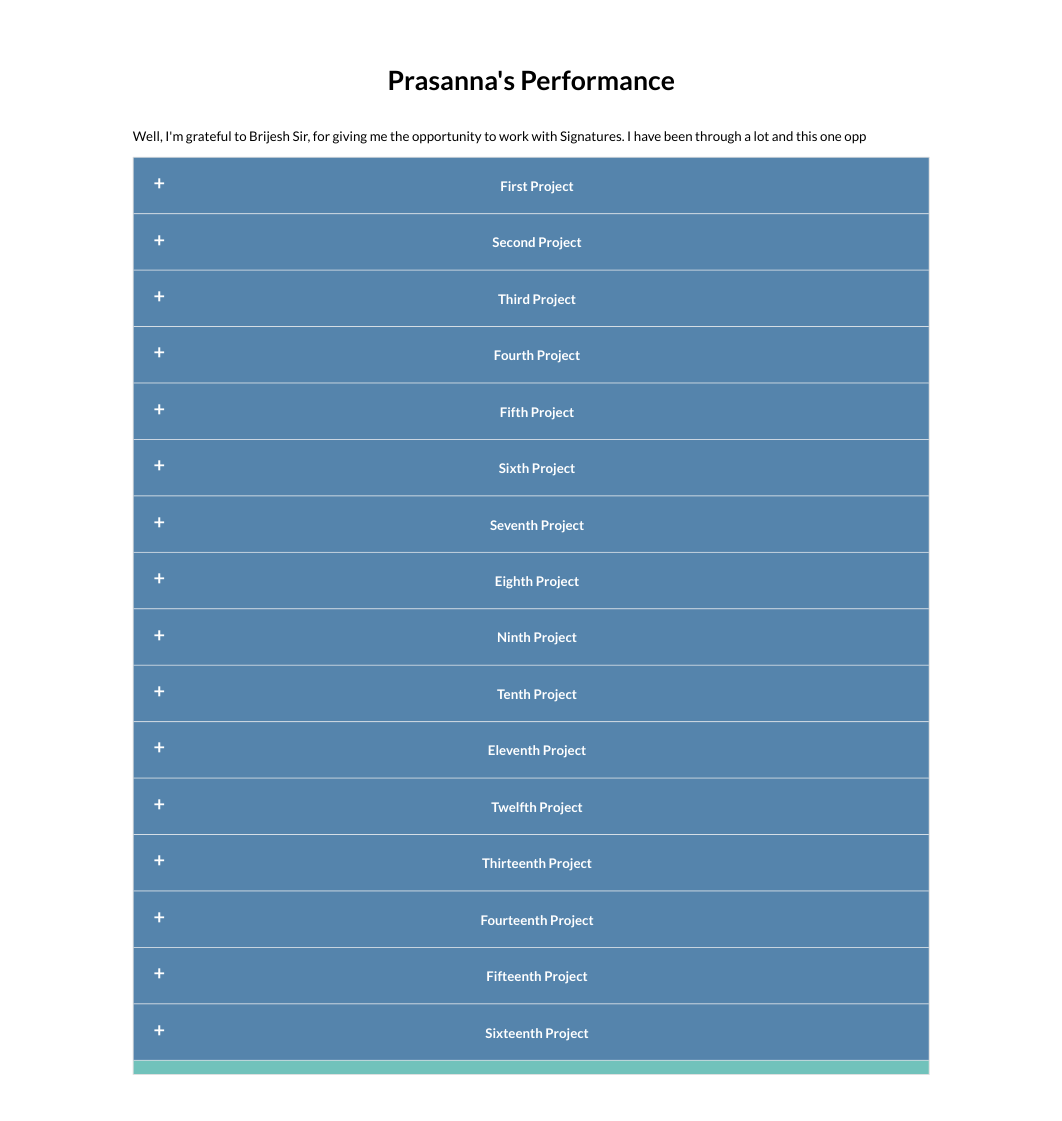
Repository: Imprasna/personalperform
Page: index.html
The author's editor kept a copy of each file at every save. The page is drawn from the files as they stood at one save, then again after a run of saves.
The browser window is 1280 px wide. The pictures show the whole page, at 83% of full size.
The style sheet was rebuilt from its Sass, Less or Tailwind sources for each picture, by a compiler version that may differ from the author's.

Above is the page before, as saved 2021-12-30 22:51:40.

After the next 2 saves:
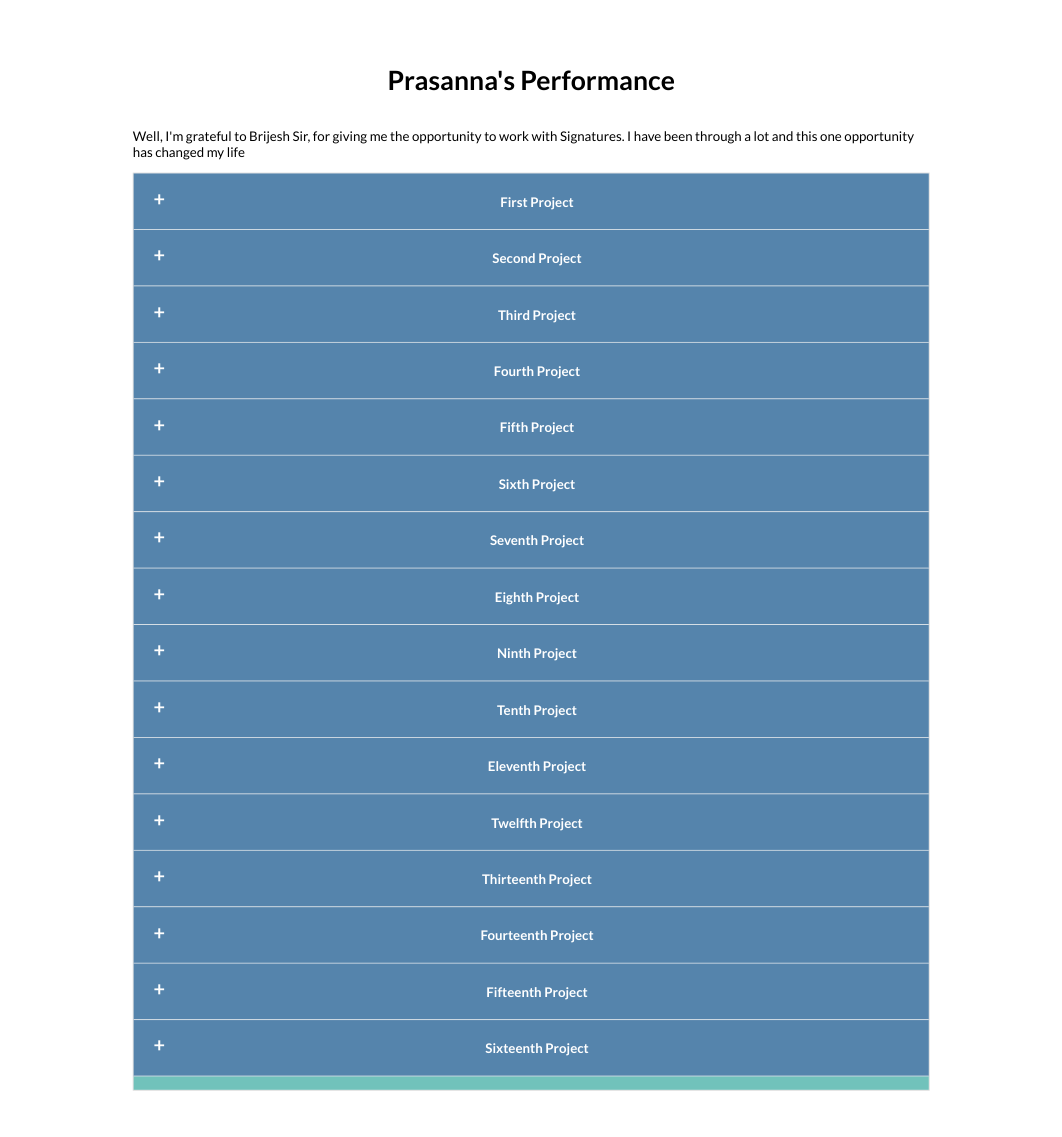
The 2 saves are shown as one change because they came seconds apart.
The last was saved 8 s later.
--- a/index.html
+++ b/index.html
@@ -12,7 +12,7 @@
 <body>
     <div class="container">
         <h1 class="heading-primary">Prasanna's Performance</h1>
-        <p>Well, I'm grateful to Brijesh Sir, for giving me the opportunity to work with Signatures. I have been through a lot and this one opp</p>
+        <p>Well, I'm grateful to Brijesh Sir, for giving me the opportunity to work with Signatures. I have been through a lot and this one opportunity has changed my life </p>
         <div class="accordion">
             <dl>
                 <dt>
